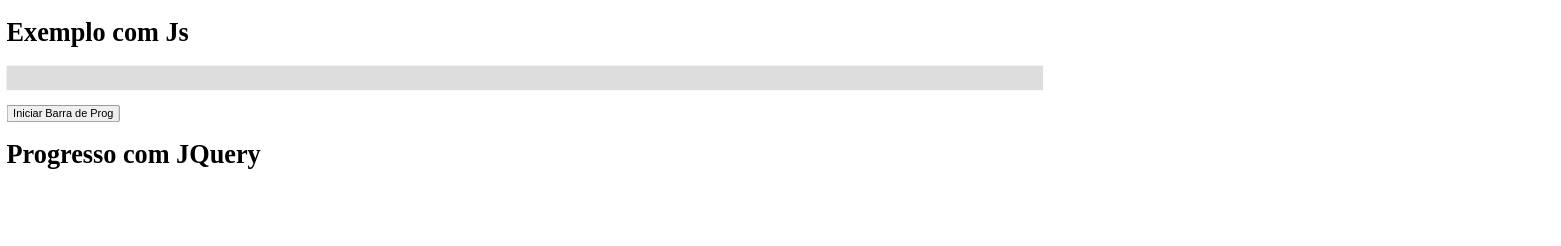
Repository: VictorGOrellana/RecursosJava
Page: http://localhost/curso.edu/pages/progressBar.jsp
These files come from the project's save history. The page is drawn as it stood at one moment and after the next save; the edit follows.
The browser window is 1280 px wide. The page is 1280 px wide, then 1904 px, so the pictures cover 1904 px, including what lies to the right of the window. The pictures show the whole page, at 82% of full size.
Some web libraries are served in a nearby version. The page is served by Tomcat 9. Nobody is signed in. The application's start-up code is not run. Other server files are loaded and not shown.

Above is the page before, as saved 2019-07-25 18:52:51.

### curso.edu/WebContent/pages/progressBar.jsp
<%@ page language="java" contentType="text/html; charset=ISO-8859-1"
	pageEncoding="ISO-8859-1"%>
<!DOCTYPE html>
<html>
<head>
<meta charset="ISO-8859-1">
<title>Barra de Progresso</title>
<link rel="stylesheet" href="//code.jquery.com/ui/1.12.1/themes/base/jquery-ui.css">

<script src ="https://code.jquery.com/jquery-3.4.1.min.js"></script>
<script src ="https://code.jquery.com/ui/1.12.1/jquery-ui.js"></script>

<style type="text/css">
#myProgress {
	width: 100%;
	background-color: #ddd;

}

#myBar {
	width: 0%;
	height: 30px;
	background-color: #4CAF50;

}
</style>
</head>
<body>

	<h1>Exemplo com Js</h1>
		<div id="myProgress">
			<div id="myBar">
			</div>
		</div>
		<br/>

		<button onclick="exibirBarra()">Iniciar Barra de Prog</button>





		<br/>

		<h1>Progresso com JQuery</h1>











		<script type="text/javascript">

		function exibirBarra(){
			var elem = document.getElementById("myBar");
			var width = 1;
			var id = setInterval(frame, 20 );

				function frame(){
					if(width >= 100){
						clearInterval(id);

					} else {
						width++;
						elem.style.width = width +"%";
					}

				}


		}
		</script>




</body>
</html>

After the next save:
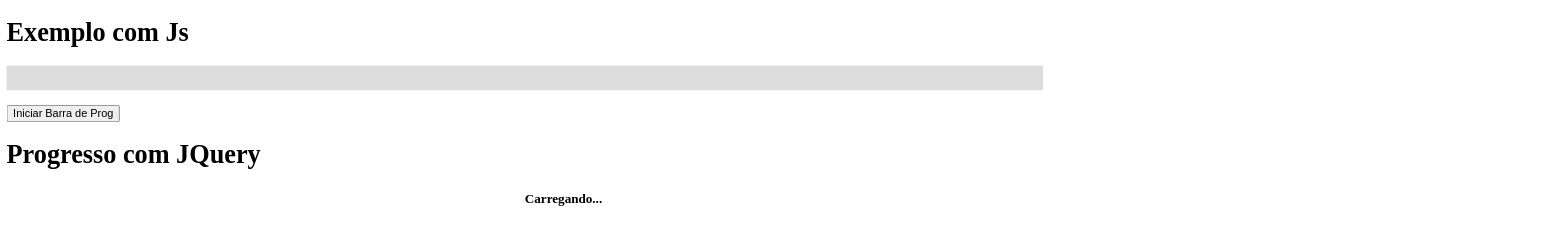
Saved 9 min 47 s later.
--- a/curso.edu/WebContent/pages/progressBar.jsp
+++ b/curso.edu/WebContent/pages/progressBar.jsp
@@ -23,6 +23,22 @@
 	background-color: #4CAF50;
 
 }
+
+.ui.progressbar{
+	position: relative;
+
+}
+
+.progress-label{
+position: relative;
+	left: 50%;
+	top: 4px;
+	font-weight: bold;
+	text-shadow: 1px 1px 0 #fff;
+}
+
+
+
 </style>
 </head>
 <body>
@@ -44,7 +60,11 @@
 
 		<h1>Progresso com JQuery</h1>
 
-
+			<div id="progressbar">
+				<div class="progress-label">
+					Carregando...
+				</div>
+			</div>
 
 
 
